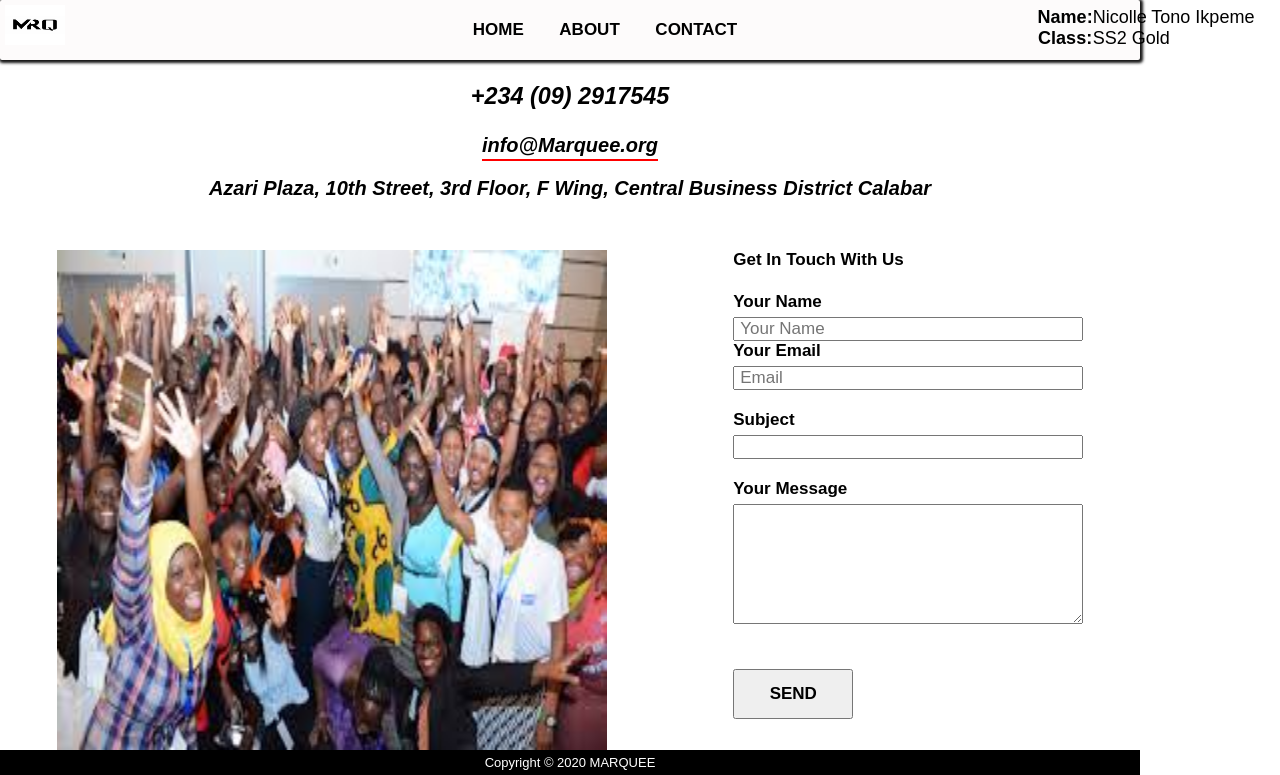
Repository: pboi18/Marquee.org
Page: contact.html
An editor plug-in stored every save of this project. The page is shown before and after the next save, followed by the edit.
The browser window is 1280 px wide. The pictures show the whole page.

Above is the page before, as saved 2020-07-11 21:16:11.

After the next save:
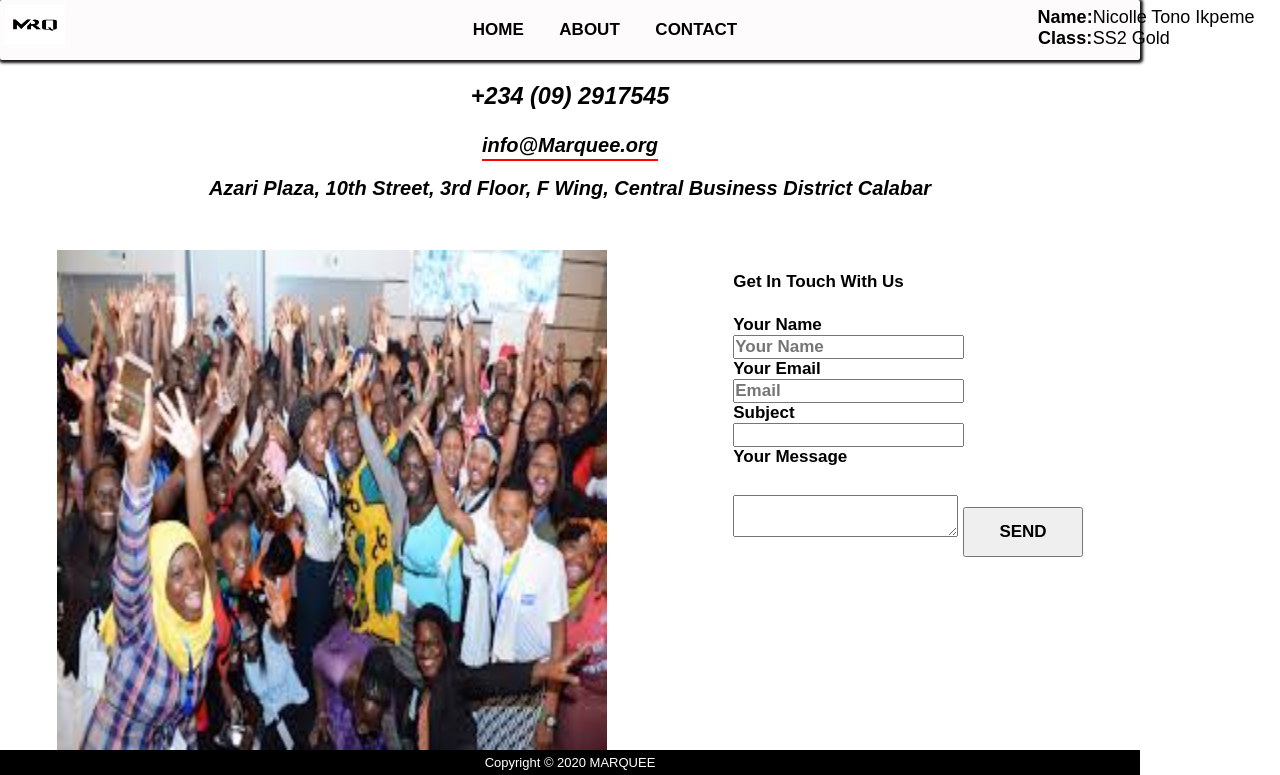
Saved 3 min 14 s later.
--- a/contact.html
+++ b/contact.html
@@ -77,15 +77,15 @@
                     <img src="img/images.jpg" alt="Happy women" class="image span-1-of-2">
 
                     <form class="form2 span-1-of-2">
-                        <h4 style="margin-top: 0px;">Get In Touch With Us</h4>
+                        <h4 >Get In Touch With Us</h4>
                         <label>Your Name </label>
-                        <input type="text" name="Name" placeholder="Your Name" required style="width: 100%; font-weight: 100; padding-left: 5px; margin-top: 5px;">
+                        <input type="text" name="Name" placeholder="Your Name" required >
                         <label>Your Email</label>
-                        <input type="email"  placeholder="Email" required style="width: 100%; font-weight: 100; padding-left: 5px; margin-top: 5px;"><br><br>
+                        <input type="email"  placeholder="Email" required >
                         <label>Subject</label>
-                        <input type="text" style="width: 100%; margin-top: 5px;"><br><br>
+                        <input type="text" >
                         <label>Your Message</label>
-                        <textarea style="width: 100%; height: 120px; margin-top: 5px;"></textarea>
+                        <textarea ></textarea>
                         <!-- <input type="submit" value="SEND" name="send" style="margin-top: 40px;"> -->
 
                         <button type="submit" style="margin-top: 40px; width: 120px; height: 50px;">SEND</button>
